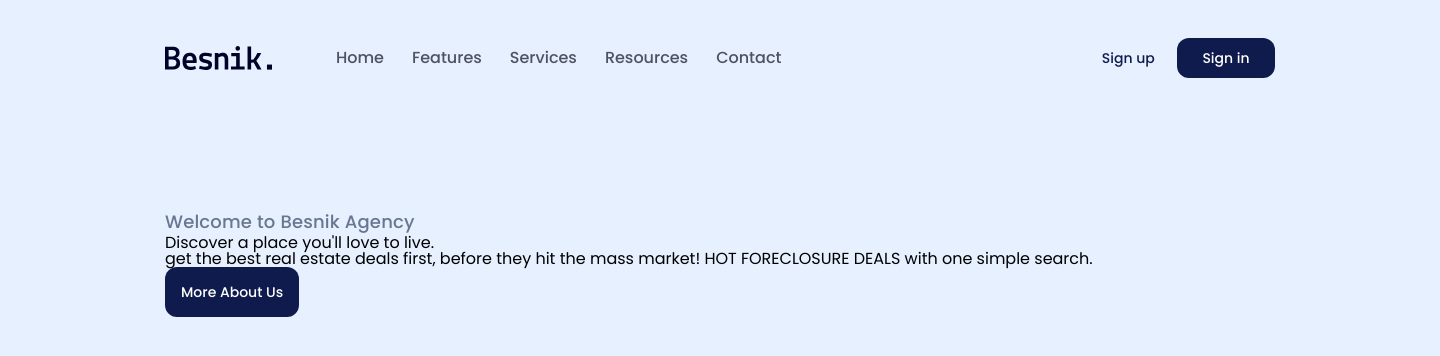
Repository: datvu1608/dv-htmlcss-01
Page: index.html
These files come from the project's save history. The page is drawn as it stood at one moment and after the next save; the edit follows.
The browser window is 1280 px wide. The page is 1440 px wide, so the pictures cover 1440 px, including what lies to the right of the window. The pictures show the whole page.

Above is the page before, as saved 2023-06-01 14:48:36.

After the next save:
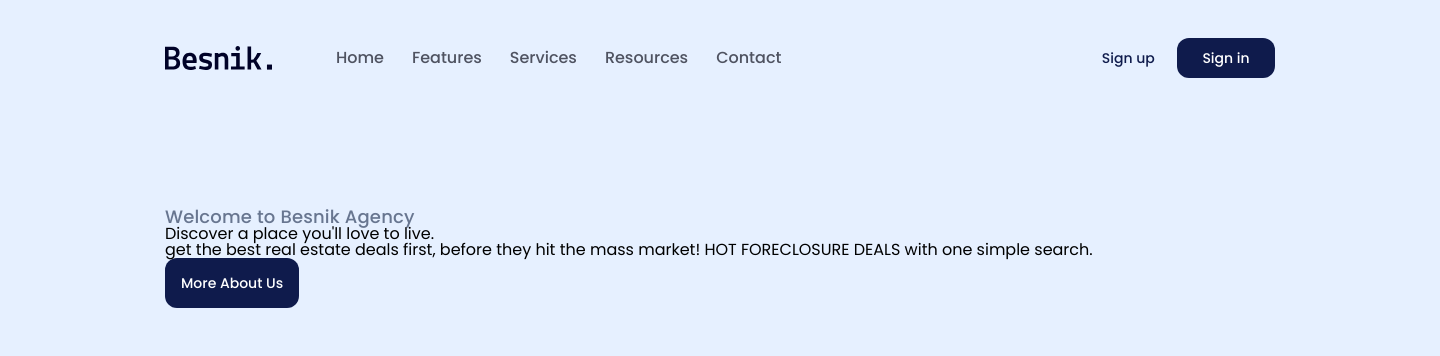
Saved 9 s later.
--- a/assets/css/style.css
+++ b/assets/css/style.css
@@ -82,9 +82,6 @@
 .hero .sub-title {
   font-weight: 500;
   font-size: 18px;
-  line-height: 27px;
-
   letter-spacing: 0.01em;
-
   color: #687690;
 }
